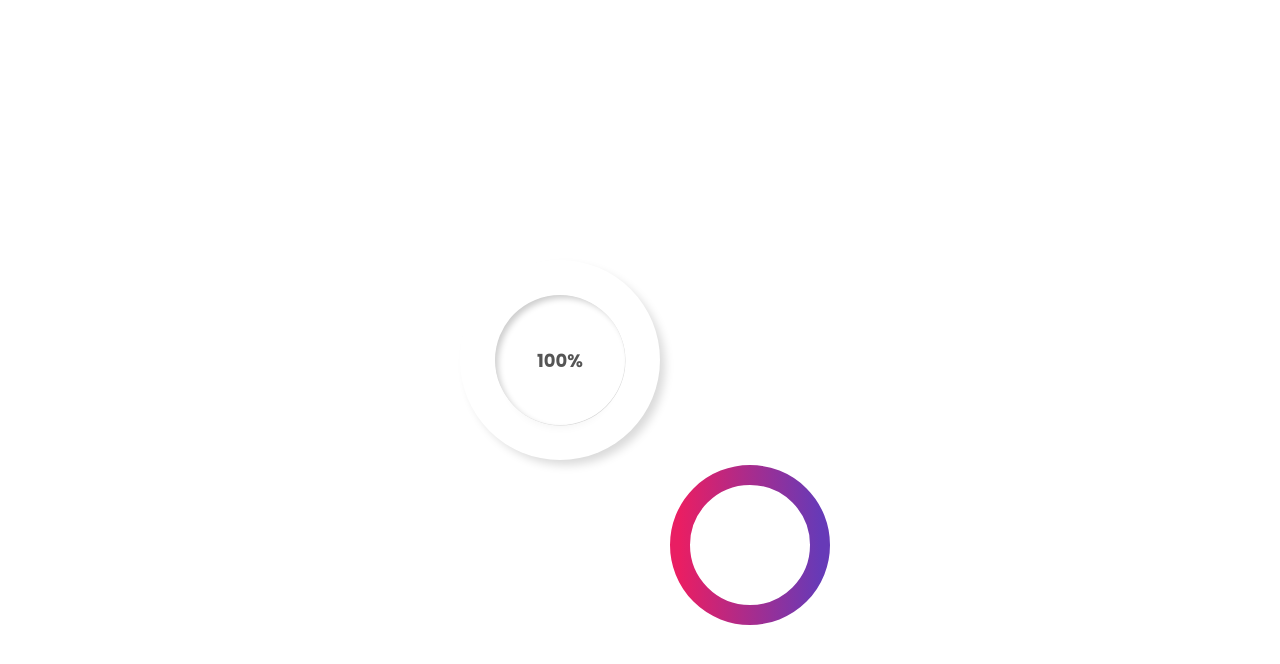
Repository: Ankitkr2021/Loader-Spinner
Page: index.html
These files come from the project's save history. The page is drawn as it stood at one moment and after the next save; the edit follows.
The browser window is 1280 px wide. The pictures show the whole page.

Above is the page before, as saved 2025-10-21 13:39:36.

After the next save:
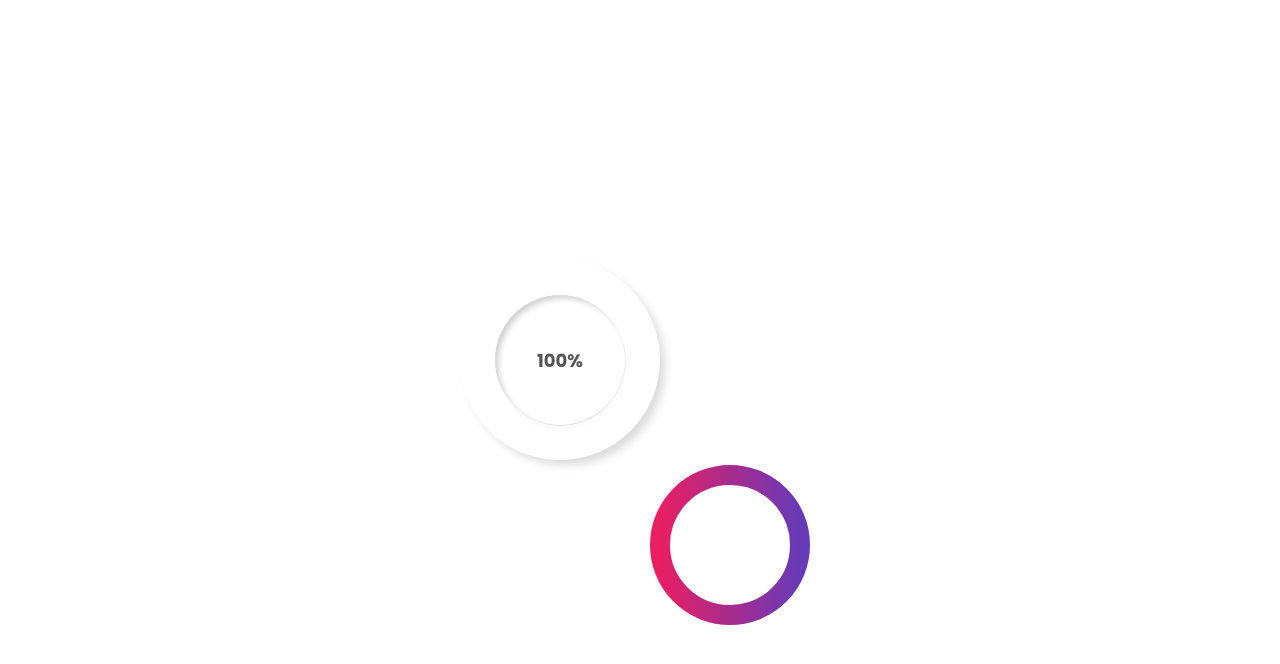
Saved 5 s later.
--- a/style.css
+++ b/style.css
@@ -67,5 +67,5 @@ circle {
 svg {
     position: relative;
     top: 185px;
-    left: 10px;
+    right: 10px;
 }
